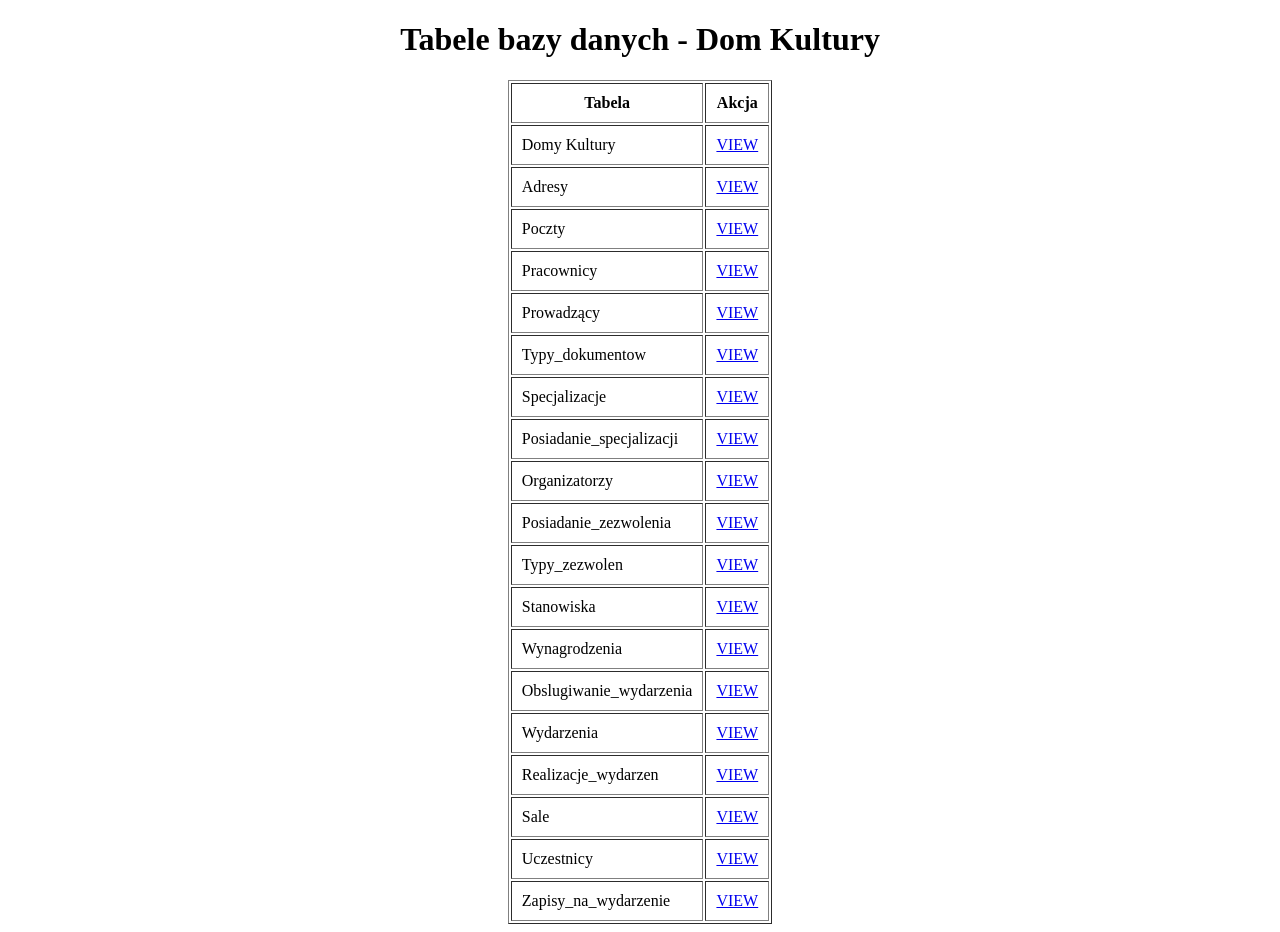
Repository: marcinRuta/houseOfCulture-crud-webapp-database
Page: http://localhost/index
An editor plug-in stored every save of this project. The page is shown before and after the next save, followed by the edit.
The browser window is 1280 px wide. The pictures show the whole page.
The page is this project's Thymeleaf template; nobody is signed in. The template is opened directly, without the code that normally fills it, so the values that code supplies are empty.

Above is the page before, as saved 2020-12-29 17:41:56.

After the next save:
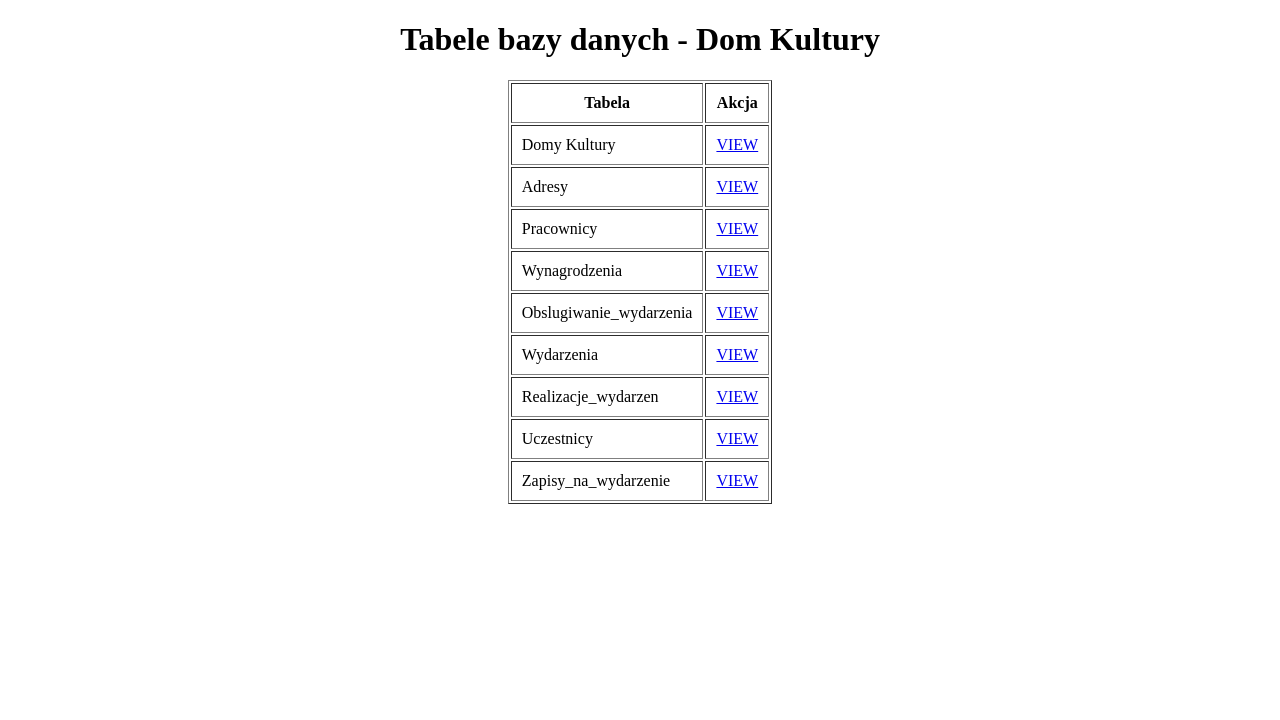
Saved 9 min 48 s later.
--- a/DomKultury/src/main/resources/templates/index.html
+++ b/DomKultury/src/main/resources/templates/index.html
@@ -33,44 +33,8 @@
 					<td><a href="/DK">VIEW</a></td>
 				</tr>
 				<tr>
-					<td>Poczty</td>
-					<td><a href="/DK">VIEW</a></td>
-				</tr>
-				<tr>
 																<!-- do zmiany html -->
 					<td>Pracownicy</td>
-					<td><a href="/DK">VIEW</a></td>
-				</tr>
-				<tr>
-					<td>Prowadzący</td>
-					<td><a href="/DK">VIEW</a></td>
-				</tr>
-				<tr>
-					<td>Typy_dokumentow</td>
-					<td><a href="/DK">VIEW</a></td>
-				</tr>
-				<tr>
-					<td>Specjalizacje</td>
-					<td><a href="/DK">VIEW</a></td>
-				</tr>
-				<tr>
-					<td>Posiadanie_specjalizacji</td>
-					<td><a href="/DK">VIEW</a></td>
-				</tr>
-				<tr>
-					<td>Organizatorzy</td>
-					<td><a href="/DK">VIEW</a></td>
-				</tr>
-				<tr>
-					<td>Posiadanie_zezwolenia</td>
-					<td><a href="/DK">VIEW</a></td>
-				</tr>
-				<tr>
-					<td>Typy_zezwolen</td>
-					<td><a href="/DK">VIEW</a></td>
-				</tr>
-				<tr>
-					<td>Stanowiska</td>
 					<td><a href="/DK">VIEW</a></td>
 				</tr>
 				<tr>
@@ -90,10 +54,6 @@
 					<td><a href="/DK">VIEW</a></td>
 				</tr>
 				<tr>
-					<td>Sale</td>
-					<td><a href="/DK">VIEW</a></td>
-				</tr>
-				<tr>
 					<td>Uczestnicy</td>
 					<td><a href="/DK">VIEW</a></td>
 				</tr>
